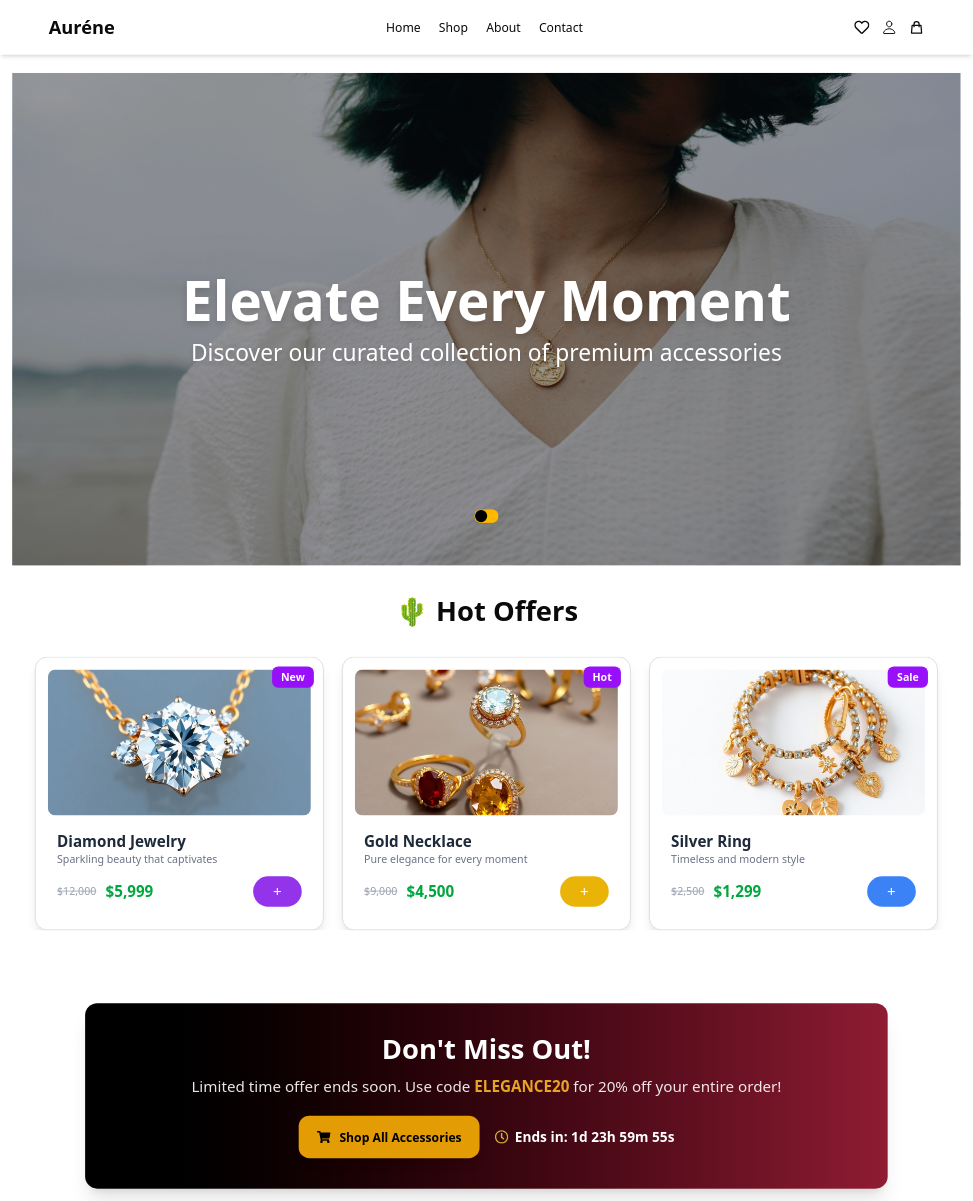
Repository: oehab30/Aur-ne-e-commerce-
Page: /
An editor plug-in stored every save of this project. The page is shown before and after a run of saves, followed by the edit.
The browser window is 1280 px wide. The pictures show the whole page, at 76% of full size.
The project was rebuilt for these pictures with package versions that can differ from the ones it lists, and the page was loaded fresh each time. Also part of the build but not shown: src/components/common/Tap.tsx, src/pages/Shop.tsx, src/pages/cart.tsx, src/pages/Profile.tsx, src/pages/About.tsx, src/pages/Contact.tsx, src/pages/Error.tsx, src/pages/Wishlist.tsx and 1 more. Imported but missing from the stored project, and not drawn on this page: src/components/ui/breadcrumb.tsx.

Above is the page before, as saved 2025-11-24 20:36:34.

After the next 2 saves:
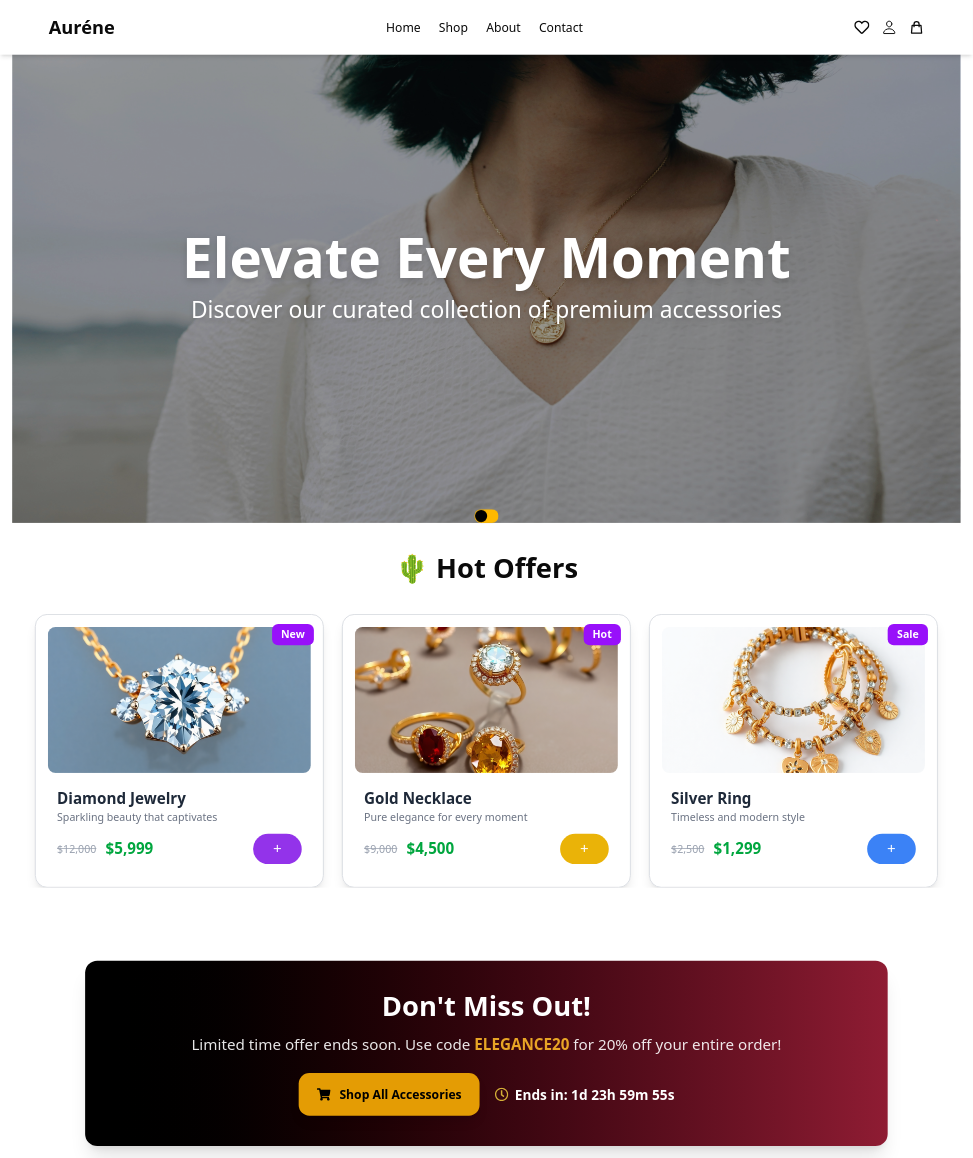
The 2 saves are shown as one change because they came seconds apart.
The last was saved 2 min 22 s later.
--- a/src/components/common/layout.tsx
+++ b/src/components/common/layout.tsx
@@ -8,7 +8,7 @@ function Layout() {
   return (
     <>
       <Navbar  />
-      <main className="min-h-screen p-4 pt-24">
+      <main className="min-h-screen p-4 pt-10">
 <Darkmode/>
         <Outlet />        {/* 👈 Page content changes here */}
       </main>
